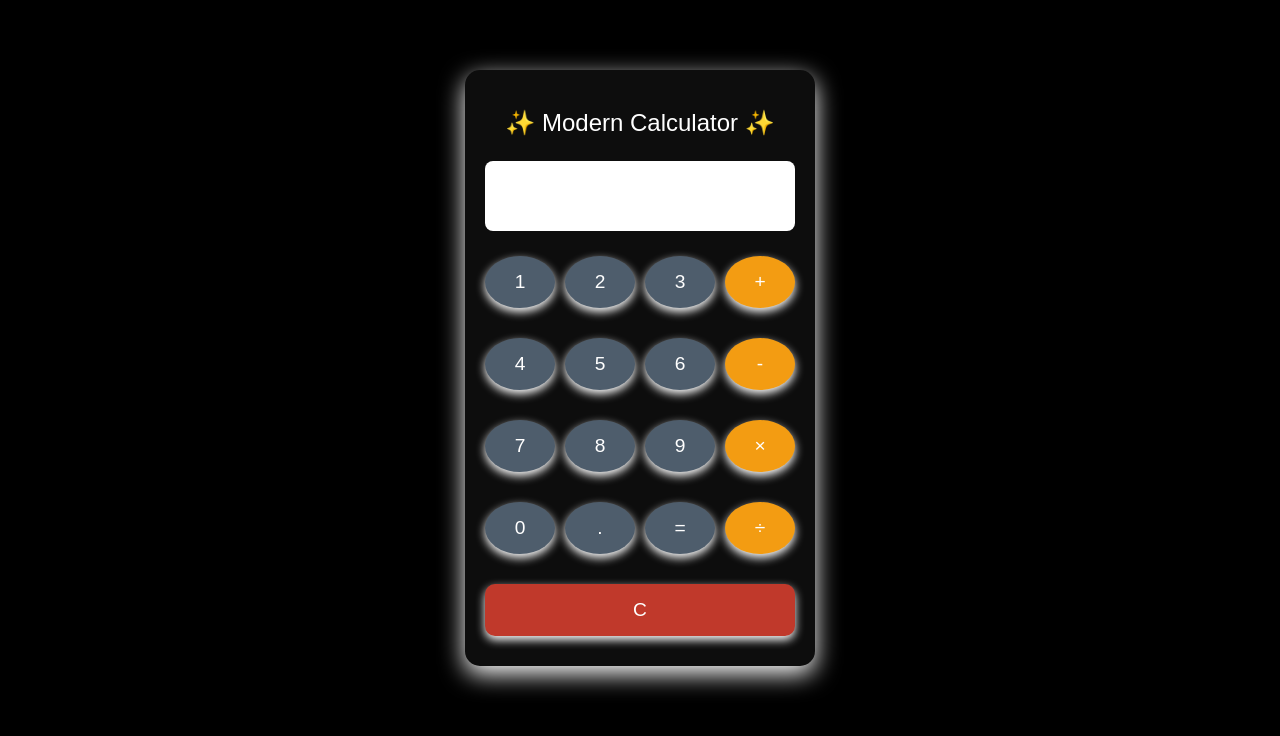
Repository: hawamubarakk/Calculator
Page: calculator.html
The author's editor kept a copy of each file at every save. The page is drawn from the files as they stood at one save, then again after the next save.
The browser window is 1280 px wide. The pictures show the whole page.

Above is the page before, as saved 2025-08-15 22:00:59.

After the next save:
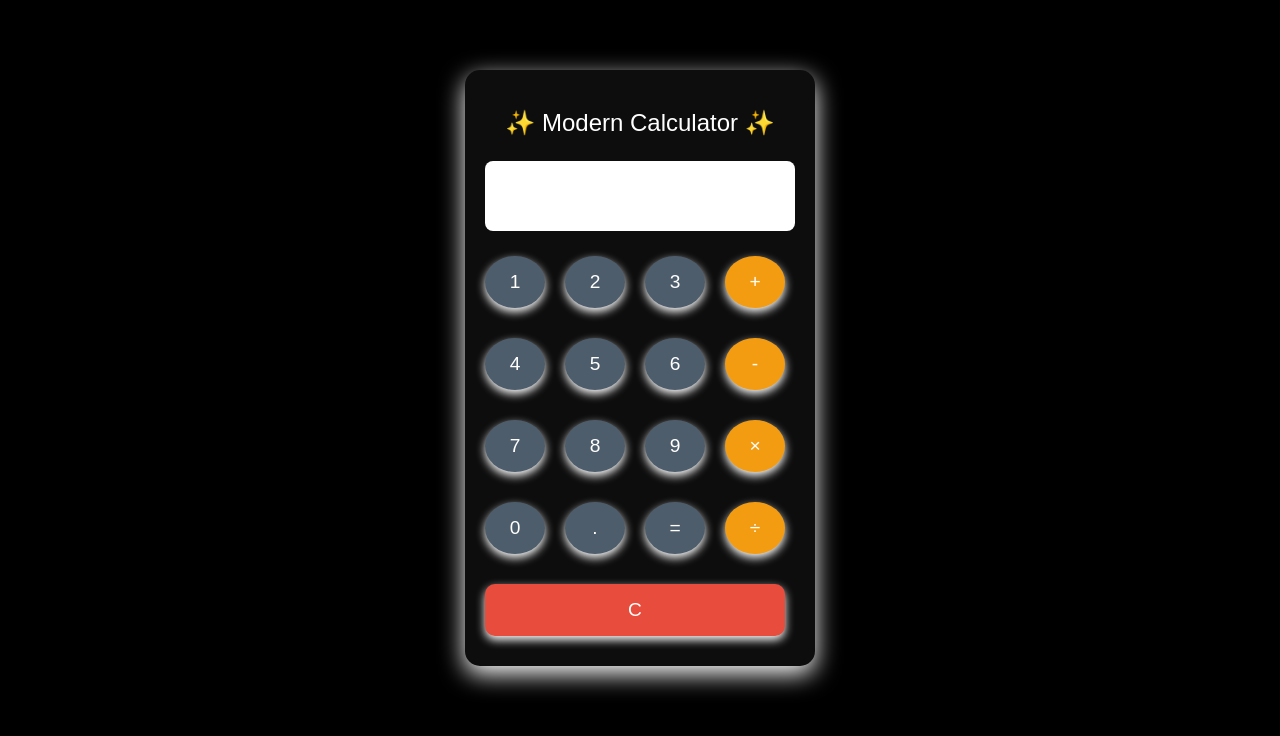
Saved 49 s later.
--- a/style.css
+++ b/style.css
@@ -50,7 +50,7 @@ button {
   box-shadow: 0 4px 10px white;
   margin-top: 10px;
   margin-bottom: 10px;
-  margin-right: ;
+  margin-right: 10px;
 }
 
 button:hover {
@@ -73,7 +73,7 @@ button:active {
 .clear-btn {
   grid-column: span 4;
   border-radius: 10px;
-  background: #c0392b;
+  background: #e74c3c;
 }
 
 .clear-btn:hover {
